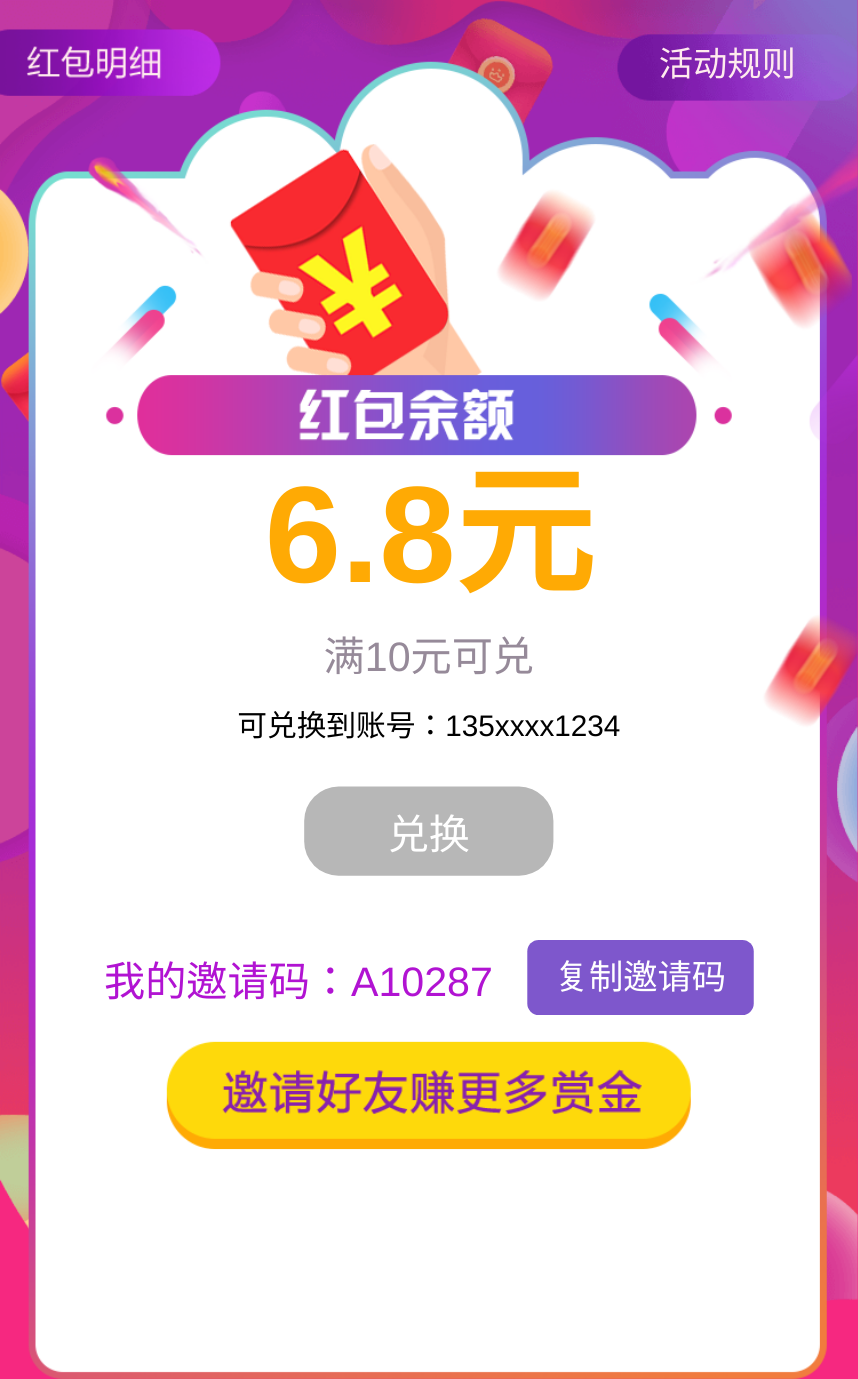
Repository: wangbiaozy/hb
Page: index.html
An editor plug-in stored every save of this project. The page is shown before and after a run of saves, followed by the edit.
The browser window is 1280 px wide. The pictures show the whole page, at 67% of full size.

Above is the page before, as saved 2018-08-15 17:09:17.

### index.html
<!DOCTYPE html>
<html lang="en">
<head>
    <meta charset="UTF-8">
    <meta name="viewport" content="width=device-width, initial-scale=1.0, maximum-scale=1.0, minimum-scale=1.0, user-scalable=no, viewport-fit=cover">
    <meta http-equiv="X-UA-Compatible" content="ie=edge">
    <title>Document</title>
    <link rel="stylesheet" href="css/reset.min.css">
    <link rel="stylesheet/less" href="css/styles.less">
    <script src="js/less-1.7.0.min.js"></script>
</head>
<body>
    <section class="main">
        <a id="rule_btn" href="javascript:void(0)">活动规则</a>
        <!-- 首页 -->
        <div class="f_page">
                <p>已经有<span>xxxx</span>人拿到10元话费</p>
                <a id="cj" href="javascript:void(0)"></a>
                <a href="">赚钱攻略在此>></a>
        </div>
        <!-- 获得话费红包页 -->
        <div class="result">
            <p><span id="moneyText"></span>元</p>
            <a href="javascript:void(0)"></a>
        </div>
        <!-- 红包余额页 -->
        <div class="balance">
            <a href="javascript:void(0)"></a>
            <h2>6.8元</h2>
            <p>满10元可兑</p>
            <p>可兑换到账号：<span>135xxxx1234</span></p>
            <div>
                <a href="javascript:void(0)">兑换</a>
                <span>1</span>
            </div>
            <div>
                <p>我的邀请码：<span>A10287</span></p>
                <a href="javascript:void(0)">复制邀请码</a>
            </div>
            <a href="javascript:void(0)"></a>
        </div>


    </section>

    <!-- 活动规则弹窗 -->
    <section class="rule">
        <a href="javascript:void(0)"></a>
        <ul>
            <li>1.活动期间，用户通过10086App开屏页，首页轮播图进入活动，领取10元的话费红包。自己可拆开随机金，剩余金额需分享并邀请好友帮忙拆开，每位可帮忙拆开随机金额，全部拆完即可兑换话费。</li>
            <li>2.邀请拆  红包的好友需为新注册10086App的用户，好友在活动页面输入邀请人的邀请码才能成功帮好友拆开红包，好友帮助拆开红包后同时可获得一个话费红包。</li>
            <li>3.用户需在当前红包全部拆完后，才可开启下一个红包。</li>
            <li>4.活动期间一经发现违规等恶意操作等作弊行为将取消获奖资格。</li>
            <li>5.活动期间，用户需持续下载并的登陆110086App，否则话费奖品无法发放。</li>
        </ul>
        <a href="javascript:void(0)"></a>
    </section>
    <!-- 遮罩层 -->
    <section class="mask" id="mask"></section>
</body>
</html>
<script src="js/jquery-1.10.1.min.js"></script>
<script src="js/index.js"></script>

### css/reset.min.css
@charset "utf-8";
/*默认样式清除和初始化*/
body,h1,h2,h3,h4,h5,h6,hr,p,blockquote,dl,dt,dd,ul,ol,li,button,input,textarea,th,td{margin:0;padding:0}body{font-size:12px;font-style:normal;font-family:"\5FAE\8F6F\96C5\9ED1",Helvetica,sans-serif}small{font-size:12px}h1{font-size:18px}h2{font-size:16px}h3{font-size:14px}h4,h5,h6{font-size:100%}ul,ol{list-style:none}a{text-decoration:none;background-color:transparent}a:hover,a:active{outline-width:0;text-decoration:none}table{border-collapse:collapse;border-spacing:0}hr{border:0;height:1px}img{border-style:none}img:not([src]){display:none}svg:not(:root){overflow:hidden}html{-webkit-touch-callout:none;-webkit-text-size-adjust:100%}input,textarea,button,a{-webkit-tap-highlight-color:rgba(0,0,0,0)}article,aside,details,figcaption,figure,footer,header,main,menu,nav,section,summary{display:block}audio,canvas,progress,video{display:inline-block}audio:not([controls]),video:not([controls]){display:none;height:0}progress{vertical-align:baseline}mark{background-color:#ff0;color:#000}sub,sup{position:relative;font-size:75%;line-height:0;vertical-align:baseline}sub{bottom:-0.25em}sup{top:-0.5em}button,input,select,textarea{font-size:100%;outline:0}button,input{overflow:visible}button,select{text-transform:none}textarea{overflow:auto}button,html [type="button"],[type="reset"],[type="submit"]{-webkit-appearance:button}button::-moz-focus-inner,[type="button"]::-moz-focus-inner,[type="reset"]::-moz-focus-inner,[type="submit"]::-moz-focus-inner{border-style:none;padding:0}button:-moz-focusring,[type="button"]:-moz-focusring,[type="reset"]:-moz-focusring,[type="submit"]:-moz-focusring{outline:1px dotted ButtonText}[type="checkbox"],[type="radio"]{box-sizing:border-box;padding:0}[type="number"]::-webkit-inner-spin-button,[type="number"]::-webkit-outer-spin-button{height:auto}[type="search"]{-webkit-appearance:textfield;outline-offset:-2px}[type="search"]::-webkit-search-cancel-button,[type="search"]::-webkit-search-decoration{-webkit-appearance:none}::-webkit-input-placeholder{color:inherit;opacity:.54}::-webkit-file-upload-button{-webkit-appearance:button;font:inherit}.clear:after{display:block;height:0;content:"";clear:both}
*{ -webkit-tap-highlight-color: rgba(0,0,0,0);-webkit-tap-highlight-color: transparent; /* For some Androids */ }

### js/index.js
(function (doc, win) {
    var docEl = doc.documentElement,
        resizeEvt = 'orientationchange' in window ? 'orientationchange' : 'resize',
        recalc = function () {
            var clientWidth = docEl.clientWidth;
            if (!clientWidth) return;
            docEl.style.fontSize = 100 * (clientWidth / 750) + 'px';
        };
    if (!doc.addEventListener) return;
    win.addEventListener(resizeEvt, recalc, false);
    doc.addEventListener('DOMContentLoaded', recalc, false);
})(document, window);
$(function () {

    //显示非中奖页背景
    function showFirstPageBg(){
        $('.main').removeClass('result');
    }
    //显示中奖页背景
    function showResultPageBg(){
        $('.main').addClass('result');
    }
    //显示活动规则弹窗
    $('#rule_btn').on('click',function(){
        $('.rule').show();
        showMask();
    });
    //关闭活动规则弹窗
    function hideRuleModel(){
        $('.rule').hide();
        hideMask();
    }
    $('.rule').on('click','a',function(){
        hideRuleModel();
    })

    //首页抽红包按钮
    $('#cj').on('click',function(){
        //奖品金额随机数
        var num = (Math.random()*9+1).toFixed(2);
        $('#moneyText').text(num);
        $('.result').show();
        $('.f_page').hide();
        showResultPageBg();
    });

    //显示红包余额页
    function showBalancePage(){
        $('.balance').show();
        $('.balance').siblings('div').hide();
    }
    showBalancePage();


    //显示弹窗
    function showModel(){
        $('.model').show();
        showMask();
    }

    //关闭弹窗
    $('.close').on('click',function(){
        $(this).parent().parent().hide();
        hideMask();
    });
    //显示遮罩层
    function showMask(){
        $("#mask").css("height",$(document).height());
        $("#mask").css("width",$(document).width());
        $("#mask").show();
        $('body').css('position','fixed');
    }
    //隐藏遮罩层
    function hideMask(){
        $("#mask").hide();
        $('body').css('position','unset');
    }
});

Loaded but not shown: js/less-1.7.0.min.js (library); js/jquery-1.10.1.min.js (library)

After the next 2 saves:
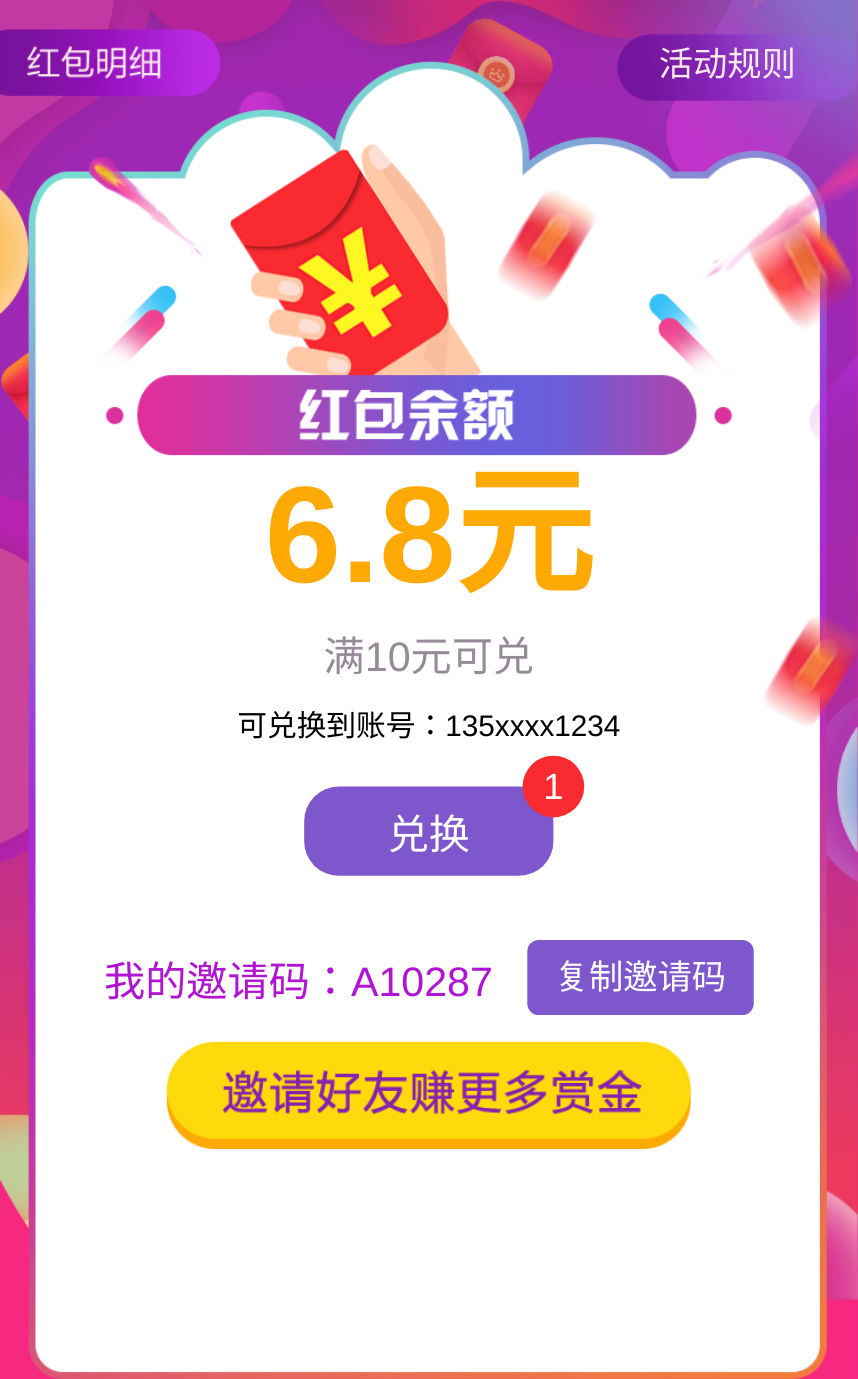
The 2 saves are shown as one change because they came seconds apart.
The last was saved 70 s later.
--- a/index.html
+++ b/index.html
@@ -29,7 +29,7 @@
             <h2>6.8元</h2>
             <p>满10元可兑</p>
             <p>可兑换到账号：<span>135xxxx1234</span></p>
-            <div>
+            <div class="act">
                 <a href="javascript:void(0)">兑换</a>
                 <span>1</span>
             </div>

After the save that followed:
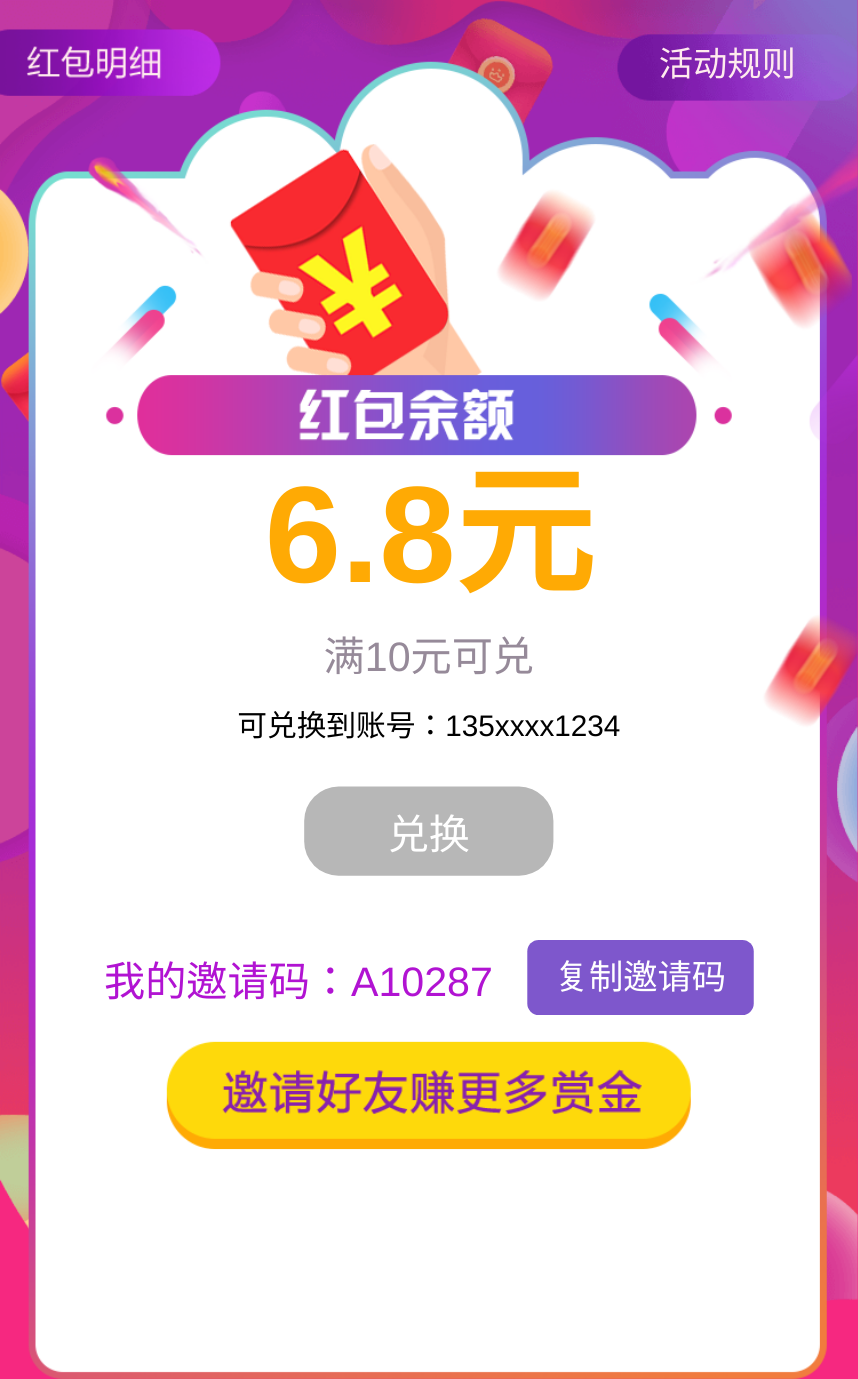
Saved 7 s later.
--- a/index.html
+++ b/index.html
@@ -29,7 +29,7 @@
             <h2>6.8元</h2>
             <p>满10元可兑</p>
             <p>可兑换到账号：<span>135xxxx1234</span></p>
-            <div class="act">
+            <div>
                 <a href="javascript:void(0)">兑换</a>
                 <span>1</span>
             </div>
